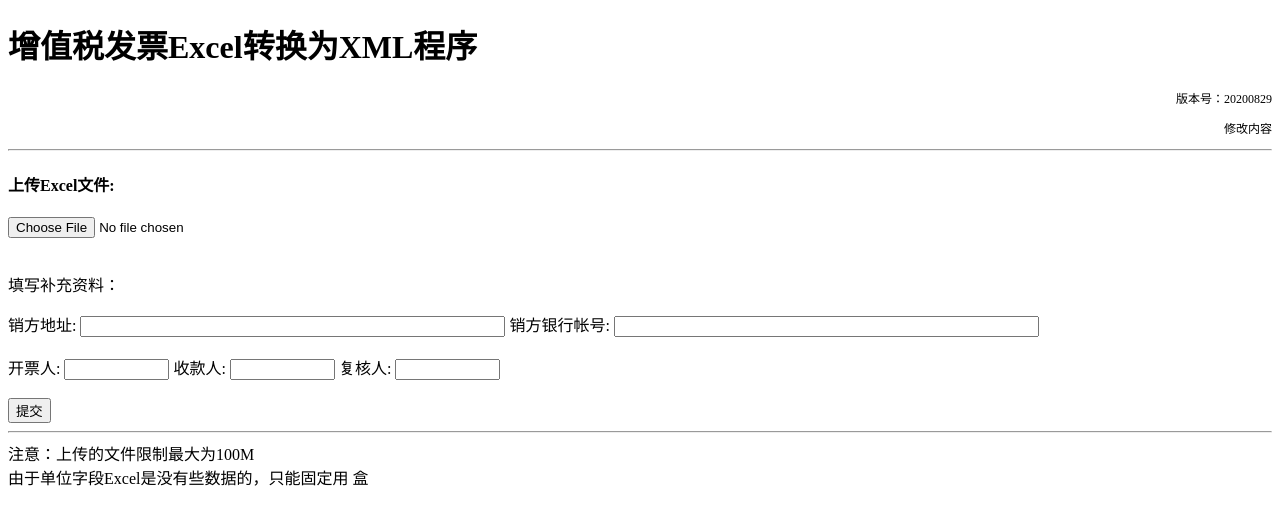
Repository: SFGuile/learnSpringapp
Page: http://localhost/demo/home.jsp
These files come from the project's save history. The page is drawn as it stood at one moment and after the next save; the edit follows.
The browser window is 1280 px wide. The pictures show the whole page.
The page is served by Tomcat 9.

Above is the page before, as saved 2020-08-29 01:48:38.

After the next save:
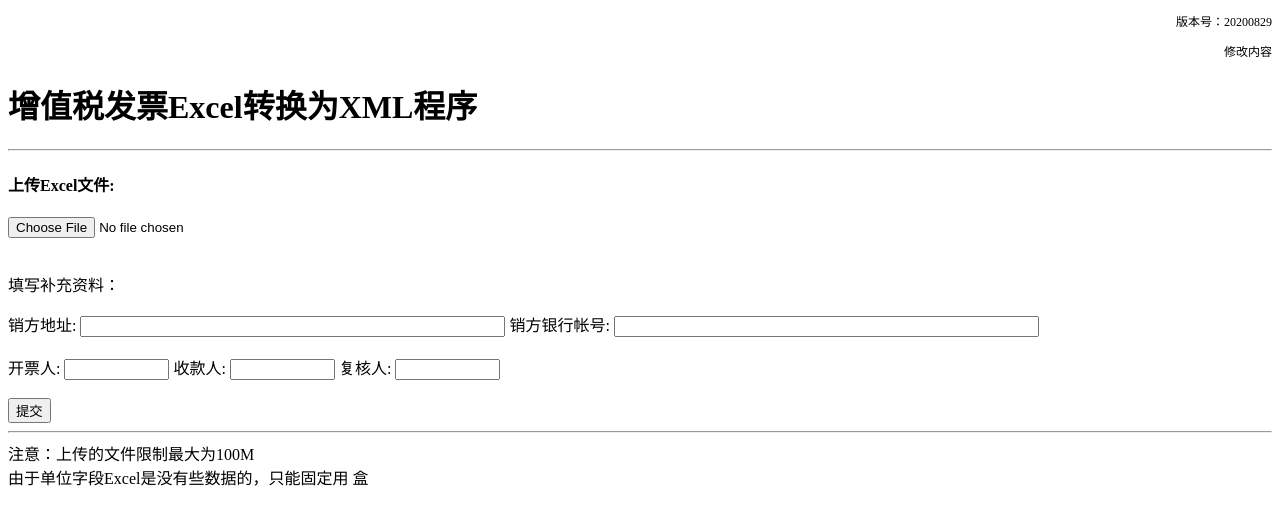
Saved 38 s later.
--- a/demo/src/main/webapp/home.jsp
+++ b/demo/src/main/webapp/home.jsp
@@ -9,11 +9,8 @@
 </head>
 <body>
 
+   <div>
 
-
-
-  <div>
-  <h1 style="text-align: left;">增值税发票Excel转换为XML程序</h1>
     <p style="font-size:12px;text-align: right;">版本号：20200829</p>
 
    </div>
@@ -22,6 +19,9 @@
      <p style="font-size:12px;text-align: right;">修改内容</p>
 
     </div>
+
+  <h1 style="text-align: left;">增值税发票Excel转换为XML程序</h1>
+
 
   <hr/>
   <h4>上传Excel文件:</h4>
